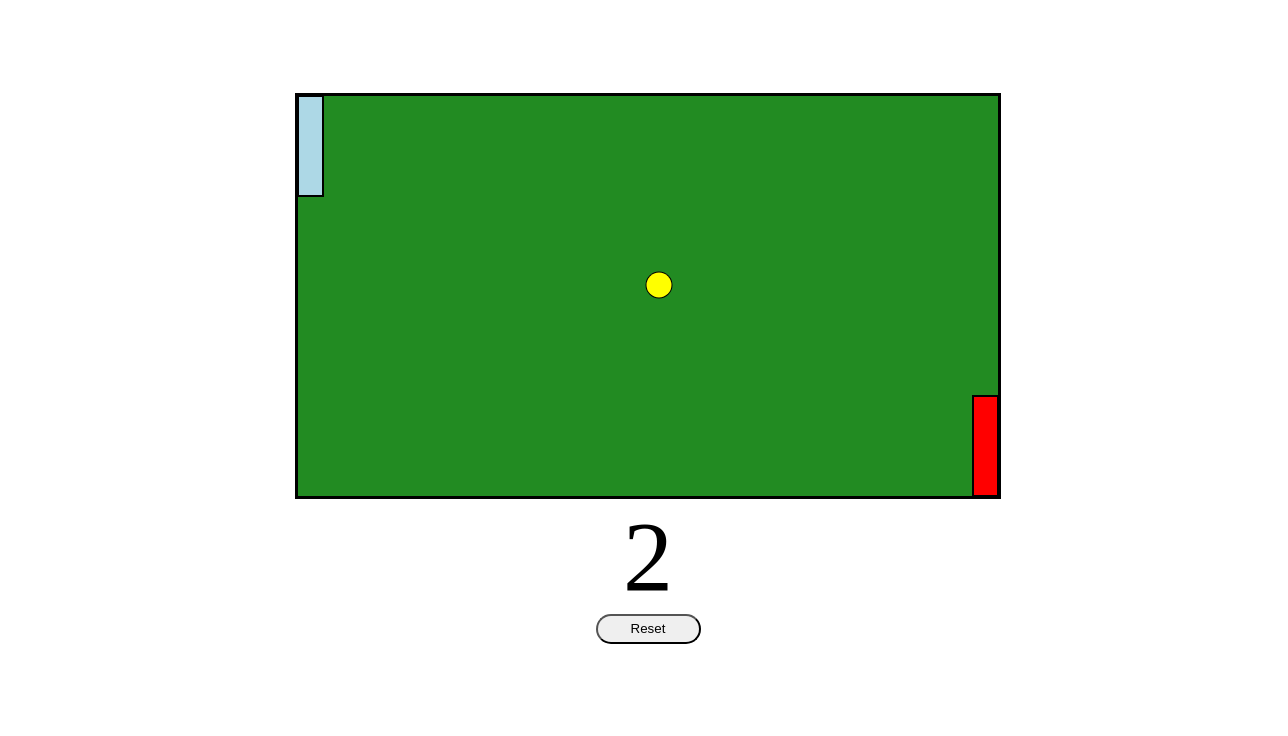
Repository: zacheys123/ping-pong
Page: index.html
These files come from the project's save history. The page is drawn as it stood at one moment and after the next save; the edit follows.
The browser window is 1280 px wide. The page is 1288 px wide, so the pictures cover 1288 px, including what lies to the right of the window. The pictures show the whole page.

Above is the page before, as saved 2023-07-01 00:33:53.

After the next save:
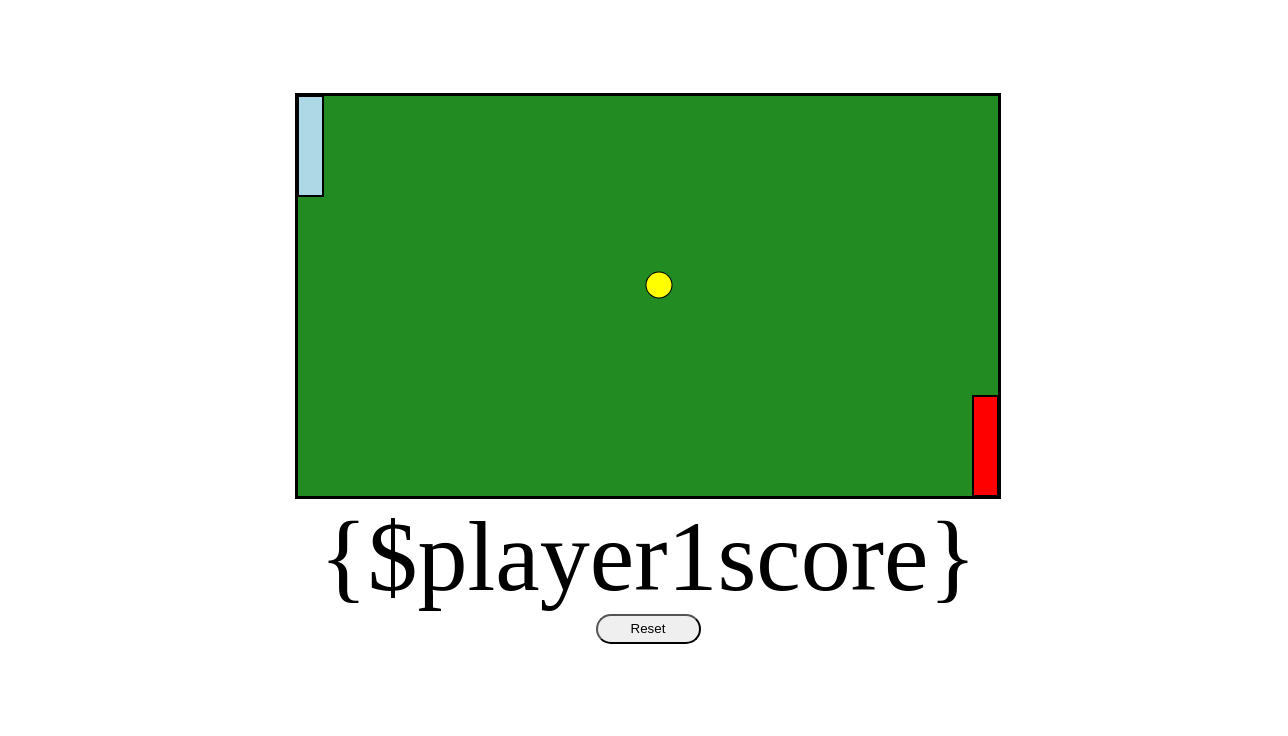
Saved 32 s later.
--- a/index.js
+++ b/index.js
@@ -139,6 +139,6 @@
 	ctx.strokeRect(paddle2.x, paddle2.y, paddle2.width, paddle2.height);
 }
 function updateScore() {
-	scoreText.textContent = player1score;
+	scoreText.textContent = `{$player1score}`;
 }
 function reset() {}

After the save that followed:
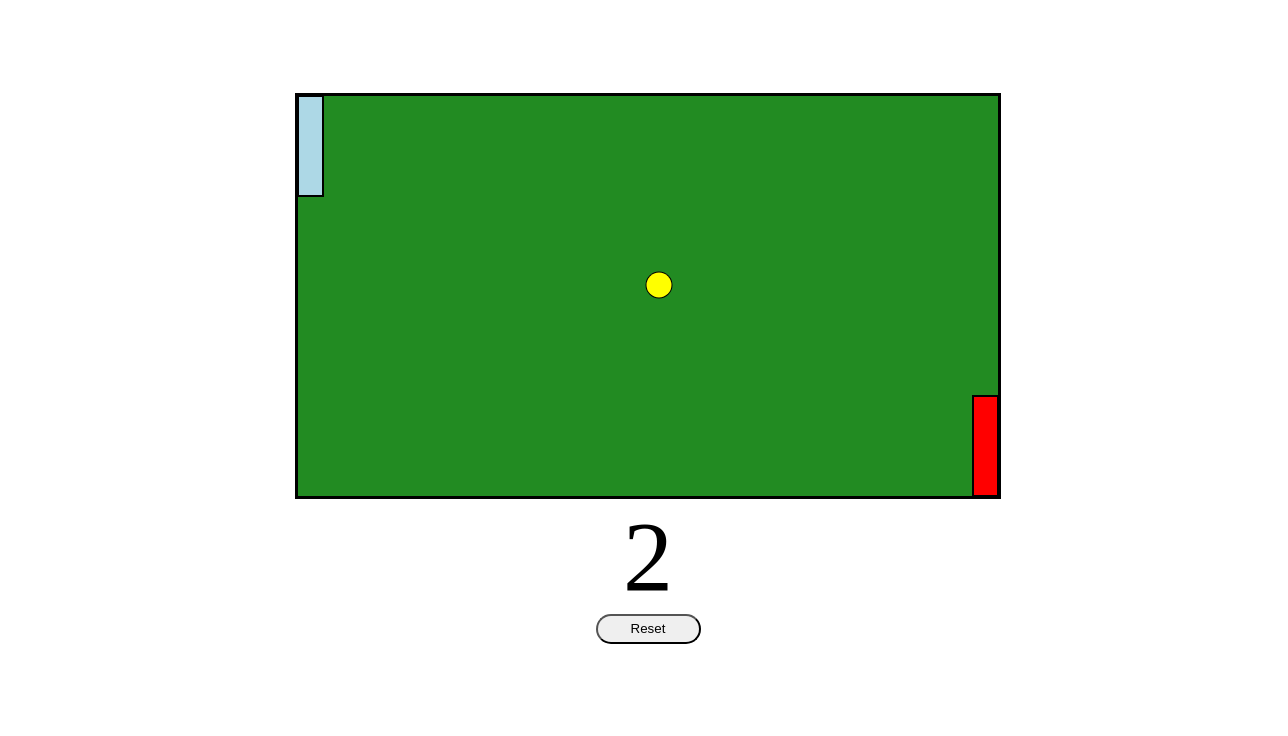
Saved 11 s later.
--- a/index.js
+++ b/index.js
@@ -139,6 +139,6 @@
 	ctx.strokeRect(paddle2.x, paddle2.y, paddle2.width, paddle2.height);
 }
 function updateScore() {
-	scoreText.textContent = `{$player1score}`;
+	scoreText.textContent = `${player1score}`;
 }
 function reset() {}
